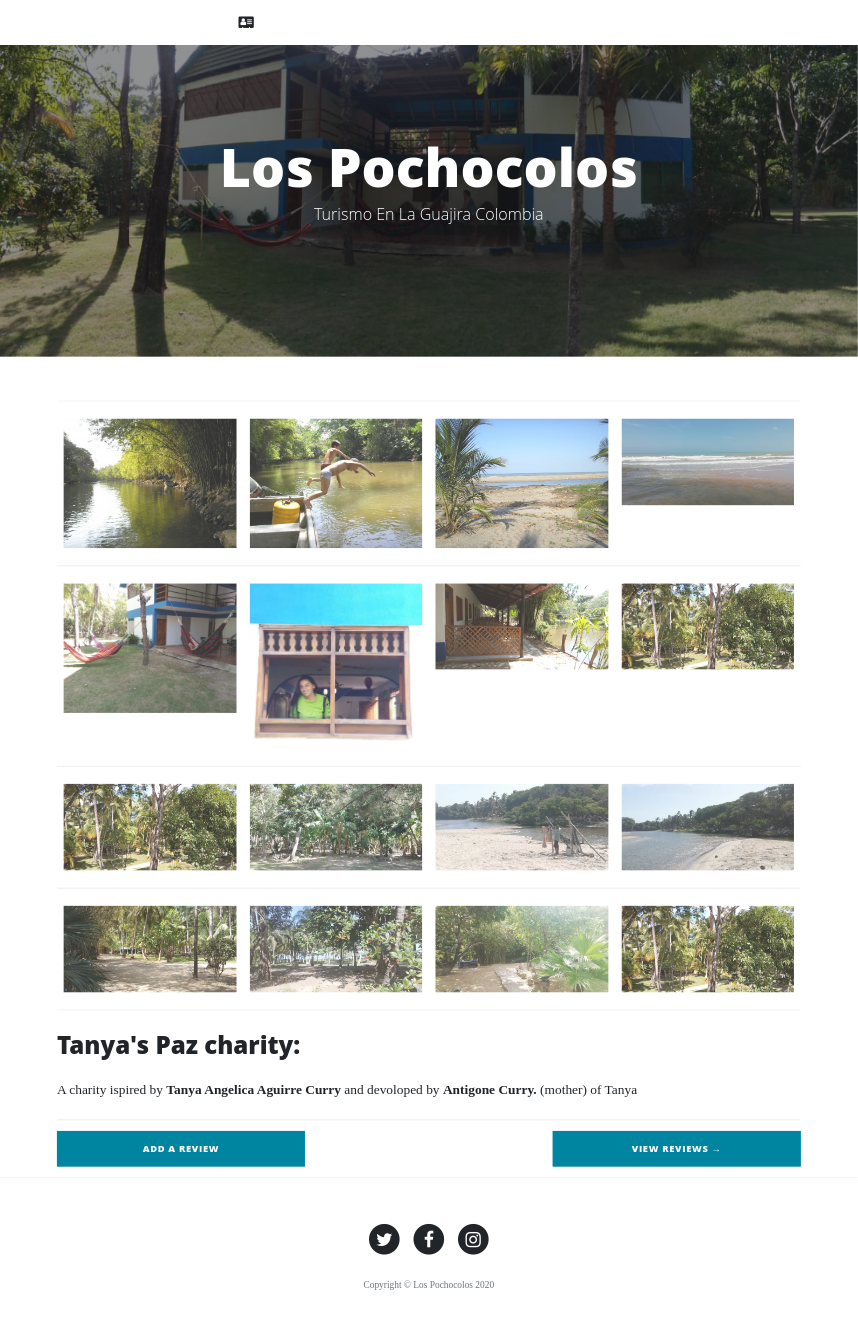
Repository: cachimiro/los-pochoclos
Page: http://localhost/
The author's editor kept a record of every edit. The page is drawn from the files as they stood at one moment, then again after the next edit.
The browser window is 1280 px wide. The pictures show the whole page, at 67% of full size.
Some web libraries are served in a nearby version. The page is served by the project's application, run on Flask 3 (run.py). Other server files are loaded and not shown.

Above is the page before.
Console error: ReferenceError: emailjs is not defined

### templates/index.html

{% extends 'base.html' %} {% block content %}
<style>

.column img {
  opacity: 0.8;
  cursor: pointer;
}

.column img:hover {
  opacity: 1;
}

/* The grid: Four equal columns that floats next to each other */
.column {
  float: left;
  width: 25%;
  padding: 10px;
  height: 25%;
}


/* Clear floats after the columns */
.row:after {
  content: "";
  display: table;
  clear: both;
}

/* The expanding image container */
.expand-image{
  position: relative;
 display:none;
}


/* Closable button inside the expanded image */
.close {
  position: absolute;
  top: 10px;
  right: 15px;
  color: white;
  font-size: 35px;
  cursor: pointer;
}
</style>
<div class="container">
<div class="row">
  {% for index in indexs %}
    <div class="col-sm-12 col-lg-12 col-md-12 ">
        <h3>{{ index.title }}</h3>
        <p>{{ index.subject }}</p>

     {% endfor %}
           </div>
        </div>
        <!--phtos for main house-->
        <hr>
        <div class="container">
                   <div class="row ">
  <div class="column">
    <img src="../static/img/rio-pochocolos.jpg" alt="river" style="width:100%" onclick="expandImage(this);" id="togle">
  </div>
  <div class="column">
    <img src="../static/img/tanya-johann-boat.jpg" alt="river" style="width:100%" onclick="expandImage(this);" id="togle-1">
  </div>
  <div class="column">
    <img src="../static/img/playa-1.jpg" alt="rooms" style="width:100%" onclick="expandImage(this);" id="togle-2">
  </div>
  <div class="column">
    <img src="../static/img-room/mar-1.jpg" alt="rooms" style="width:100%" onclick="expandImage(this);"id="togle-3">
  </div>
</div>
</div>
<div class="container expand-image">
  <span onclick="this.parentElement.style.display='none'" class="close">&times;</span>
  <img id="expandedImg" style="width:100%">
</div>
 <hr>
 <!-- photos for ac rooms-->
  <div class="container">
                   <div class="row ">
  <div class="column">
    <img src="../static/img/casa-amacas.jpg" alt="Amacas" style="width:100%" onclick="expandImageTwo(this);" id="togle-4">
  </div>
  <div class="column">
    <img src="../static/img/yaneli-cosina.jpg" alt="cosine" style="width:100%" onclick="expandImageTwo(this);" id="togle-5">
  </div>
  <div class="column">
    <img src="../static/img-room/cuartos-aira.jpg" alt="Aircon rooms" style="width:100%" onclick="expandImageTwo(this);" id="togle-6">
  </div>
  <div class="column">
    <img src="../static/img-room/vista-frente-casa.jpg" alt="Aircon rooms" style="width:100%" onclick="expandImageTwo(this);"id="togle-7">
  </div>
</div>
</div>
<div class="container expand-image">
  <span onclick="this.parentElement.style.display='none'" class="close">&times;</span>
  <img id="expandedImg-2" style="width:100%">
</div>
 <hr>
 <!--photos for cabin-->
  <div class="container">
                   <div class="row ">
  <div class="column">
    <img src="../static/img-room/vista-frente-casa.jpg" alt="birds" style="width:100%" onclick="expandImageThree(this);" id="togle-8">
  </div>
  <div class="column">
    <img src="../static/img-room/platanera.jpg" alt="cabin" style="width:100%" onclick="expandImageThree(this);" id="togle-9">
  </div>
  <div class="column">
    <img src="../static/img-room/pescador.jpg" alt="cabin" style="width:100%" onclick="expandImageThree(this);" id="togle-10">
  </div>
  <div class="column">
    <img src="../static/img-room/rio-playa.jpg" alt="cabin" style="width:100%" onclick="expandImageThree(this);"id="togle-11">
  </div>
</div>
</div>
<div class="container expand-image">
  <span onclick="this.parentElement.style.display='none'" class="close">&times;</span>
  <img id="expandedImg-3" style="width:100%">
</div>
 <hr>
 <!--photos for camping-->
 <div class="container">
                   <div class="row ">
  <div class="column">
    <img src="../static/img-room/vista.jpg" alt="Cabin" style="width:100%" onclick="expandImageFour(this);" id="togle-12">
  </div>
  <div class="column">
    <img src="../static/img-room/vista-al-mar.jpg" alt="cabin" style="width:100%" onclick="expandImageFour(this);" id="togle-13">
  </div>
  <div class="column">
    <img src="../static/img-room/vista-al-rio.jpg" alt="cabin" style="width:100%" onclick="expandImageFour(this);" id="togle-14">
  </div>
  <div class="column">
    <img src="../static/img-room/vista-frente-casa.jpg" alt="cabin" style="width:100%" onclick="expandImageFour(this);"id="togle-15">
  </div>
</div>
</div>
<div class="container expand-image">
  <span onclick="this.parentElement.style.display='none'" class="close">&times;</span>
  <img id="expandedImg-4" style="width:100%">
</div>
 <hr>

 <!--charity -->
        <div class="post-preview">
            <a href="{{ url_for('charity') }}">
                <h2 class="post-title">
                    Tanya's Paz charity: </h2><p>  A charity ispired by <strong>Tanya Angelica Aguirre Curry</strong> and devoloped by <strong>Antigone Curry.</strong>
                    (mother) of Tanya</p>


        <hr>


        <!-- Pager -->
        <div class="clearfix">
            <a class="btn btn-primary float-right col-sm-6 col-md-4 col-lg-4" href="{{url_for('get_reviews')}} ">view reviews &rarr;</a>
            <a class="btn btn-primary float-left col-sm-6 col-md-4 col-lg-4" href="{{url_for('add_review')}}">Add a review</a>
        </div>
    </div>
</div>
<script>
// for the image galery
// for main rooms
function expandImage(imgs) {
  var expandImg = document.getElementById("expandedImg");
  expandImg.src = imgs.src;
  expandImg.parentElement.style.display = "block";

}
$("#togle").click(function (){
  $("#expandedImg").toggle()
});
$("#togle-1").click(function (){
  $("#expandedImg").toggle()
});
$("#togle-2").click(function (){
  $("#expandedImg").toggle()
});
$("#togle-3").click(function (){
  $("#expandedImg").toggle()
});
// photos for ac rooms
function expandImageTwo(imgs) {
  var expandImgTwo = document.getElementById("expandedImg-2");
  expandImgTwo.src = imgs.src;
  expandImgTwo.parentElement.style.display = "block";
}
$("#togle-4").click(function (){
  $("#expandedImg-2").toggle()
});
$("#togle-5").click(function (){
  $("#expandedImg-2").toggle()
});
$("#togle-6").click(function (){
  $("#expandedImg-2").toggle()
});
$("#togle-7").click(function (){
  $("#expandedImg-2").toggle()
});
// photos for cabin
function expandImageThree(imgs) {
  var expandImgThree = document.getElementById("expandedImg-3");
  expandImgThree.src = imgs.src;
  expandImgThree.parentElement.style.display = "block";
}
$("#togle-8").click(function (){
  $("#expandedImg-3").toggle()
});
$("#togle-9").click(function (){
  $("#expandedImg-3").toggle()
});
$("#togle-10").click(function (){
  $("#expandedImg-3").toggle()
});
$("#togle-11").click(function (){
  $("#expandedImg-3").toggle()
});
function expandImageFour(imgs) {
  var expandImgFour = document.getElementById("expandedImg-4");
  expandImgFour.src = imgs.src;
  expandImgFour.parentElement.style.display = "block";
}
$("#togle-12").click(function (){
  $("#expandedImg-4").toggle()
});
$("#togle-13").click(function (){
  $("#expandedImg-4").toggle()
});
$("#togle-14").click(function (){
  $("#expandedImg-4").toggle()
});
$("#togle-15").click(function (){
  $("#expandedImg-4").toggle()
});
// photos for camping
</script>
{% endblock %}

### templates/base.html
<!DOCTYPE html>
<html lang="en">
<head>
    <meta charset="UTF-8">
    <meta name="viewport" content="width=device-width, initial-scale=1.0">
    <meta http-equiv="X-UA-Compatible" content="ie=edge">
    <link href="https://stackpath.bootstrapcdn.com/font-awesome/4.7.0/css/font-awesome.min.css" rel="stylesheet" integrity="sha384-wvfXpqpZZVQGK6TAh5PVlGOfQNHSoD2xbE+QkPxCAFlNEevoEH3Sl0sibVcOQVnN" crossorigin="anonymous">
    <link href="{{ url_for('static', filename='vendor/bootstrap/css/bootstrap.min.css') }}" rel="stylesheet">
    <link rel="stylesheet" href="{{ url_for('static', filename='css/clean-blog.min.css') }}" type="text/css" />
    <link rel="stylesheet" href="{{ url_for('static', filename='css/style.css') }}" type="text/css" />
    <title>Los Pochocolos</title>
    <script type="text/javascript" src="https://cdn.jsdelivr.net/npm/emailjs-com@2.3.2/dist/email.min.js"></script>
<script type="text/javascript" src="//ajax.googleapis.com/ajax/libs/jquery/2.1.1/jquery.min.js"></script>

<script type="text/javascript" src="https://cdn.jsdelivr.net/npm/emailjs-com@2.3.2/dist/email.min.js"></script>
<script type="text/javascript">
   (function(){
      emailjs.init("user_UmSeo27b55xmNHfUBgKB0");
   })();
</script>
</head>
<body>

    <!-- Navigation -->
    <nav class="navbar navbar-expand-lg navbar-light fixed-top" id="mainNav">
        <div class="container">
            <a class="navbar-brand" href="{{url_for('index') }}">Finca Los Pochocolos</a>
            <!--login for admin-->
            <a id="staff" href="{{url_for('log') }}" >
            <i class="fa fa-address-card"></i>
            </a>



            <button class="navbar-toggler navbar-toggler-right" type="button" data-toggle="collapse" data-target="#navbarResponsive" aria-controls="navbarResponsive" aria-expanded="false" aria-label="Toggle navigation">
          Menu
          <i class="fa fa-bars"></i>
        </button>
            <div class="collapse navbar-collapse" id="navbarResponsive">
                <ul class="navbar-nav ml-auto">
                    <li class="nav-item">
                        <a class="nav-link" href="{{ url_for('index') }}">Home</a>
                    </li>
                    <li class="nav-item">
                        <a class="nav-link" href="{{ url_for('rooms') }}">Rooms</a>
                    </li>
                    <li class="nav-item">
                        <a class="nav-link" href="{{ url_for('about') }}">About</a>
                    </li>
                    <li class="nav-item">
                        <a class="nav-link" href="{{ url_for('contact') }}">Contact</a>
                    </li>
                       <li class="nav-item">
                        <a class="nav-link" href="{{ url_for('charity') }}">Charity</a>
                    </li>
                </ul>
            </div>
        </div>
    </nav>

    <!-- Page Header -->
   <!--- <header class="masthead" style="background-image: url('https://berakatours.com/wp-content/uploads/2017/09/Avistamiento-Aves-Colombia.jpg')">----->
          <header class="masthead" style="background-image: url('../static/img/casa-pano.jpg')">
        <div class="overlay"></div>
        <div class="container">
            <div class="row">
                <div class="col-lg-8 col-md-10 mx-auto">
                    <div class="site-heading">
                         <h1>Los Pochocolos</h1>
                        <span class="subheading">Turismo En La Guajira Colombia</span>
                    </div>
                </div>
            </div>
        </div>
    </header>

    <!-- Main Content -->
    <div class="container">
        {% block content %} {% endblock %}
    </div>

    <hr>

    <!-- Footer -->
    <footer>
        <div class="container">
            <div class="row">
                <div class="col-lg-8 col-md-10 mx-auto">
                    <ul class="list-inline text-center">
                        <li class="list-inline-item">
                            <a href="#">
                                <span class="fa-stack fa-lg">
                    <i class="fa fa-circle fa-stack-2x"></i>
                    <i class="fa fa-twitter fa-stack-1x fa-inverse"></i>
                  </span>
                            </a>
                        </li>
                        <li class="list-inline-item">
                            <a href="#">
                                <span class="fa-stack fa-lg">
                    <i class="fa fa-circle fa-stack-2x"></i>
                    <i class="fa fa-facebook fa-stack-1x fa-inverse"></i>
                  </span>
                            </a>
                        </li>
                        <li class="list-inline-item">
                            <a href="#">
                                <span class="fa-stack fa-lg">
                    <i class="fa fa-circle fa-stack-2x"></i>
                    <i class="fa fa-instagram fa-stack-1x fa-inverse"></i>
                  </span>
                            </a>



                        </li>
                    </ul>
                    <p class="copyright text-muted">Copyright &copy; Los Pochocolos 2020</p>
                </div>
            </div>
        </div>
    </footer>

    <!-- Bootstrap core JavaScript -->
    <script src="{{ url_for('static', filename='vendor/jquery/jquery.min.js') }}"></script>
    <script src="{{ url_for('static', filename='vendor/bootstrap/js/bootstrap.bundle.min.js') }}"></script>

    <!-- Custom scripts for this template -->
    <script src="{{ url_for('static', filename='js/clean-blog.min.js') }}"></script>

    <!--my js code-->
     <script type="text/javascript" src="https://cdnjs.cloudflare.com/ajax/libs/jquery/3.4.1/jquery.min.js"></script>

     <script src="{{ url_for('static', filename='js/main.js') }}"></script>






</body>
</html>

### run.py
import os
import json
import click
from flask import Flask, render_template, request,redirect, flash, url_for, session
from flask_pymongo import PyMongo
from bson.objectid import ObjectId
from functools import wraps



app = Flask(__name__)
app.config["MONGO_DBNAME"] = 'reviews'
app.config["MONGO_URI"] = "mongodb+srv://root:Johann@myfirstcluster-ugp0n.mongodb.net/reviews?retryWrites=true&w=majority"

mongo = PyMongo(app)
app.secret_key = "cachimiro"



@app.route('/')
def index():
    return render_template("index.html")


# code to be ble to see reviews
@app.route('/view_reviews')
def get_reviews():
    return render_template("reviews.html", opinions=mongo.db.opinion.find())



        # TODO: write code...
# this line of code will allow costumesr to add reviews
@app.route('/add_review')
def add_review():
    return render_template('add-reviews.html')


@app.route('/add_review', methods=['POST'])
def insert_reviews():
    reviews = mongo.db.opinion
    reviews.insert_one(request.form.to_dict())
    return redirect(url_for('get_reviews'))

# code for conecting templates


@app.route('/about')
def about():
    data = []
    with open("data/company.json", "r") as json_data:
        data = json.load(json_data)
    return render_template("about.html",company=data, abouts=mongo.db.about.find())
# code to be able so the costumer can edit the about section

@app.route('/update_about')
def update_about_data():
    return render_template("admin-about.html", abouts=mongo.db.about.find())


@app.route('/update_about/<about_id>', methods=["POST"])
def update_about(about_id):
    about = mongo.db.about
    about.update( {'_id': ObjectId(about_id)},
    {
        'title':request.form.get('title'),
        'subject': request.form.get('subject'),

    })
    return redirect(url_for('Admin_update_reviews_and_more'))

@app.route('/about/<member_name>')
def about_member(member_name):
    member = {}

    with open("data/company.json", "r") as json_data:
        data = json.load(json_data)
        for obj in data:
            if obj["url"] == member_name:
                member = obj

    return render_template("member.html", member=member)




@app.route('/contact')
def contact():
 return render_template("contact.html", page_title="Contact",)


@app.route('/rooms')
def rooms():
   return render_template("rooms.html", page_title="Rooms",fans=mongo.db.fan.find(),acs=mongo.db.ac.find(),cabins=mongo.db.cabin.find(),camps=mongo.db.camp.find())


# to be able to update the rooms information
@app.route('/update_room')
def update_room_data():
    return render_template("admin-room.html", fans=mongo.db.fan.find())

@app.route('/update_rooms/<fan_id>', methods=["POST"])
def update_rooms(fan_id):
    fan = mongo.db.fan
    fan.update( {'_id': ObjectId(fan_id)},
    {
        'title':request.form.get('title'),
        'price':request.form.get('price'),
        'subject': request.form.get('subject'),

    })
    return redirect(url_for('Admin_update_reviews_and_more'))

@app.route('/update_room_ac')
def update_room_ac():
    return render_template("admin-ac.html", acs=mongo.db.ac.find())

@app.route('/update_rooms_ac/<ac_id>', methods=["POST"])
def update_rooms_ac(ac_id):
    ac = mongo.db.ac
    ac.update( {'_id': ObjectId(ac_id)},
    {
        'title':request.form.get('title'),
        'price':request.form.get('price'),
        'subject':request.form.get('subject'),

    })
    return redirect(url_for('Admin_update_reviews_and_more'))

@app.route('/update_room_cabin')
def update_room_cabin():
    return render_template("admin-cabin.html", cabins=mongo.db.cabin.find())

@app.route('/update_rooms_cabin/<cabin_id>', methods=["POST"])
def update_rooms_cabin(cabin_id):
    cabin = mongo.db.cabin
    cabin.update( {'_id': ObjectId(cabin_id)},
    {
        'title':request.form.get('title'),
        'price':request.form.get('price'),
        'subject':request.form.get('subject'),

    })
    return redirect(url_for('Admin_update_reviews_and_more'))

@app.route('/update_room_camp')
def update_room_camp():
    return render_template("admin-camp.html", camps=mongo.db.camp.find())

@app.route('/update_rooms_camp/<camp_id>', methods=["POST"])
def update_rooms_camp(camp_id):
    camp = mongo.db.camp
    camp.update( {'_id': ObjectId(camp_id)},
    {
        'title':request.form.get('title'),
        'price':request.form.get('price'),
        'subject':request.form.get('subject'),

    })
    return redirect(url_for('Admin_update_reviews_and_more'))
#  code so that the charity information can be diplayed and the the manager can update the information

@app.route('/charity')
def charity():
   return render_template("charity.html", page_title="charity",datas=mongo.db.data.find(), chas=mongo.db.data_cha.find(), chars=mongo.db.char.find())



@app.route('/update_charity')
def update_charity_info():
    return render_template("admin-charity.html", chars=mongo.db.char.find())


@app.route('/update_charity_info/<char_id>', methods=["POST"])
def update_charity(char_id):
    char = mongo.db.char
    char.update( {'_id': ObjectId(char_id)},
    {
        'title':request.form.get('title'),
        'title2':request.form.get('title2'),

    })
    return redirect(url_for('Admin_update_reviews_and_more'))

@app.route('/update_charity_1')
def update_charity_info_1():
    return render_template("admin-1.html",datas=mongo.db.data.find())


@app.route('/update_charity_info_1/<data_id>', methods=["POST"])
def update_charity_data(data_id):
    data = mongo.db.data
    data.update( {'_id': ObjectId(data_id)},
    {
        'title':request.form.get('title'),
        'subject':request.form.get('subject'),

    })
    return redirect(url_for('Admin_update_reviews_and_more'))

@app.route('/update_charity_2')
def update_charity_info_2():
    return render_template("admin-2.html",chas=mongo.db.data_cha.find())


@app.route('/update_charity_info_2/<cha_id>', methods=["POST"])
def update_charity_data_1(cha_id):
    data_cha = mongo.db.data_cha
    data_cha.update( {'_id': ObjectId(cha_id)},
    {
        'title':request.form.get('title'),
        'subject':request.form.get('subject'),

    })
    return redirect(url_for('Admin_update_reviews_and_more'))



@app.route('/admin')
def Admin_update_reviews_and_more():
   return render_template("admin.html")

# this line of code is for the managers to update their reviews and delete them
@app.route('/admin_reviews')
def Admin_update_reviews():
   return render_template("admin-reviews.html", opinions=mongo.db.opinion.find())


@app.route('/edit_review/<opinion_id>')
def edit_review(opinion_id):
    the_opinion =  mongo.db.opinion.find_one({"_id": ObjectId(opinion_id)})
    return render_template('update.html', opinion=the_opinion)


@app.route('/update_opinion/<opinion_id>', methods=["POST"])
def update_opinion(opinion_id):
    opinion = mongo.db.opinion
    opinion.update( {'_id': ObjectId(opinion_id)},
    {
        'name':request.form.get('name'),
        'surname':request.form.get('surname'),
        'Title': request.form.get('Title'),
        'Opinion': request.form.get('Opinion'),
        'how_would_you_improve_it':request.form.get('how_would_you_improve_it')
    })
    return redirect(url_for('Admin_update_reviews_and_more'))


@app.route('/delete_opinion/<opinion_id>')
def delete_opinion(opinion_id):
    mongo.db.opinion.remove({'_id': ObjectId(opinion_id)})
    return redirect(url_for('Admin_update_reviews_and_more'))



@app.route('/login')
def log():
    return render_template('login.html')

@app.route('/login', methods=['GET', 'POST'])
def login():
   error = None
   if request.method == 'POST':
       if request.form['username'] !='tiggy-curry' or request.form['password'] !='Antigone1':
           error = "invalid information please try again."
       else:
           session['logged_in'] = True
           flash('You are in! ')
           return render_template('admin.html')
       return render_template('login.html', error=error)


@app.route('/logout')
def logout():
    session.pop('logged_in', None)
    flash('You are logged out! ')
    return redirect(url_for('log'))


def login_required(f):
    @wraps(f)
    def wrap(*args, **kwargs):
        if 'logged_in' in session:
            return f(*args, **kwargs)
        else:
            flash('please Login!!')
            return redirect(url_for('log'))
    return wrap

if __name__ == '__main__':
    app.run(host=os.environ.get('IP'),
            port=int(os.environ.get('PORT')),
            debug=True)

### static/css/style.css
.col-md-5 img {
    width: 50%;
    height: 50%;
    margin-top: 30px;
    margin-bottom: 50px;

}

### static/js/main.js
function showMore(id) {
   var truncateReviews = document.getElementById(id+"_truncated");
  var fullReviews = document.getElementById(id+"_full");
  var show = document.getElementById(id+"_show");
document.getElementById(id+"_show");
 if (truncateReviews.style.display =="block") {
   fullReviews.style.display = "block";
   truncateReviews.style.display = "none";
   show.innerText = "Show Less";


 } else{
   truncateReviews.style.display ="block";
   fullReviews.style.display ="none";
   show.innerText = "show More";

 }

 }

 function showMores(ids) {
   var truncateReviewss = document.getElementById(ids+"_truncateded");
  var fullReviewss = document.getElementById(ids+"_fulls");
  var shows = document.getElementById(ids+"_shows");
document.getElementById(ids+"_show");
 if (truncateReviewss.style.display =="block") {
   fullReviewss.style.display = "block";
   truncateReviewss.style.display = "none";
   shows.innerText = "show less";


 } else{
   truncateReviewss.style.display ="block";
   fullReviewss.style.display ="none";
   shows.innerText = "show More";

 }

 }

Loaded but not shown: static/css/clean-blog.min.css (library); static/js/clean-blog.min.js (common file)

After the next edit:
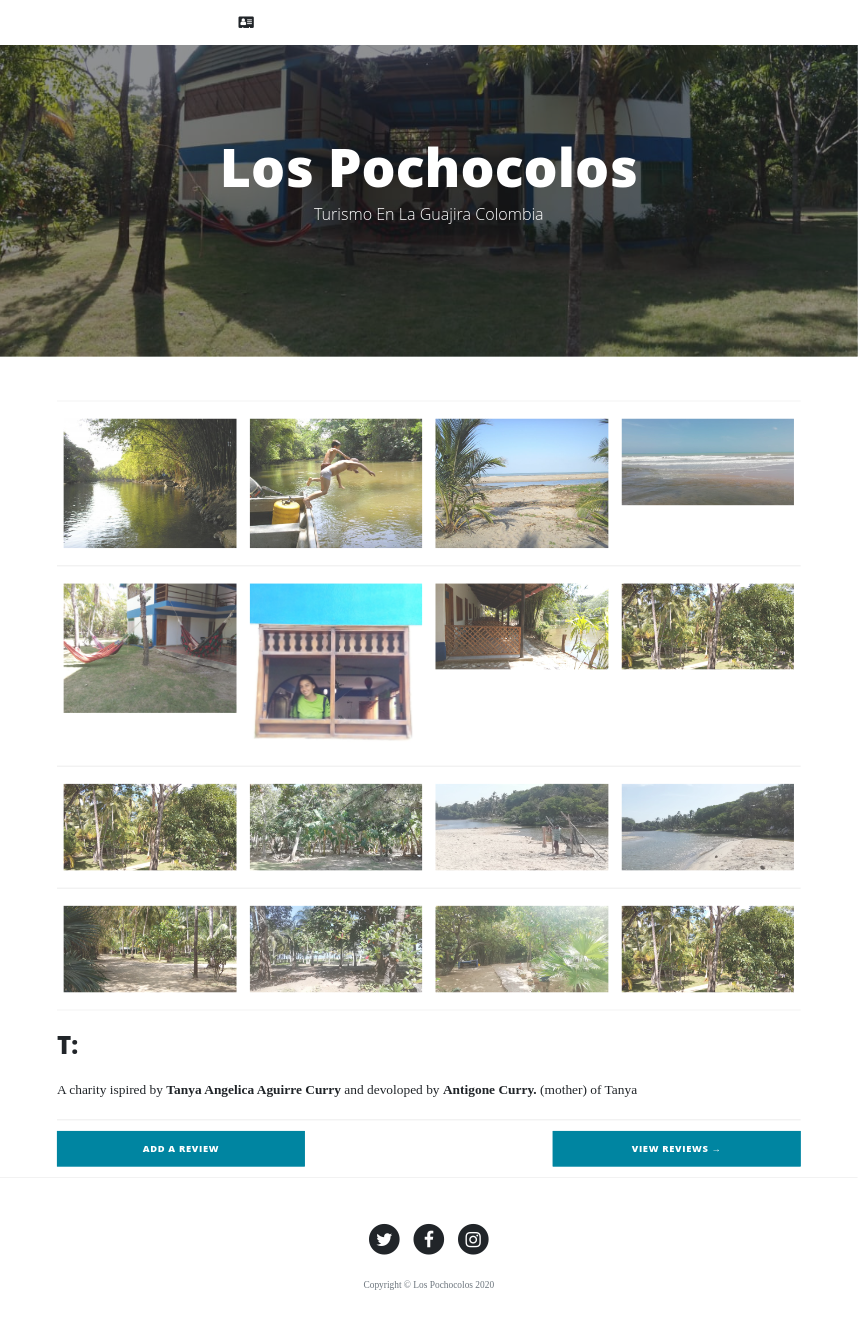
The edit:
--- a/templates/index.html
+++ b/templates/index.html
@@ -148,7 +148,7 @@
         <div class="post-preview">
             <a href="{{ url_for('charity') }}">
                 <h2 class="post-title">
-                    Tanya's Paz charity: </h2><p>  A charity ispired by <strong>Tanya Angelica Aguirre Curry</strong> and devoloped by <strong>Antigone Curry.</strong>
+                    T: </h2><p>  A charity ispired by <strong>Tanya Angelica Aguirre Curry</strong> and devoloped by <strong>Antigone Curry.</strong>
                     (mother) of Tanya</p>
 
 
